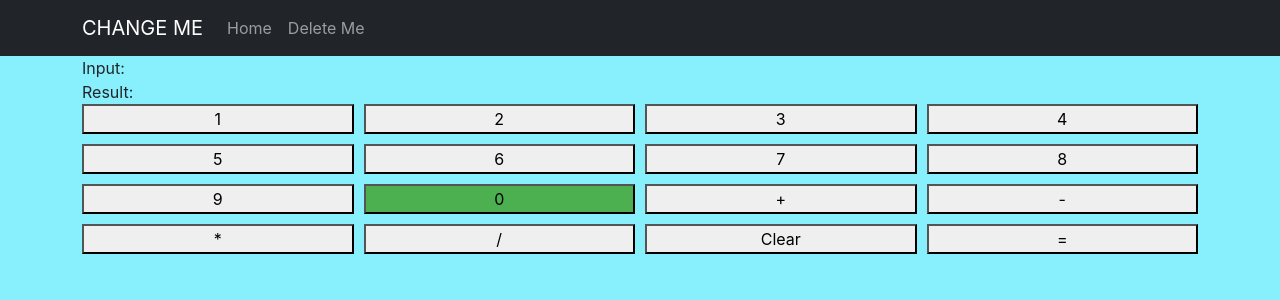
Repository: jgramirez0210/calculator-react
Page: /
These files come from the project's save history. The page is drawn as it stood at one moment and after the next save; the edit follows.
The browser window is 1280 px wide. The pictures show the whole page.
The project was rebuilt for these pictures with package versions that can differ from the ones it lists, and the page was loaded fresh each time. The framework's server and built-in components were replaced by stand-ins that run in the browser. Also part of the build but not shown: next.config.js.

Above is the page before, as saved 2024-01-09 20:01:25.

After the next save:
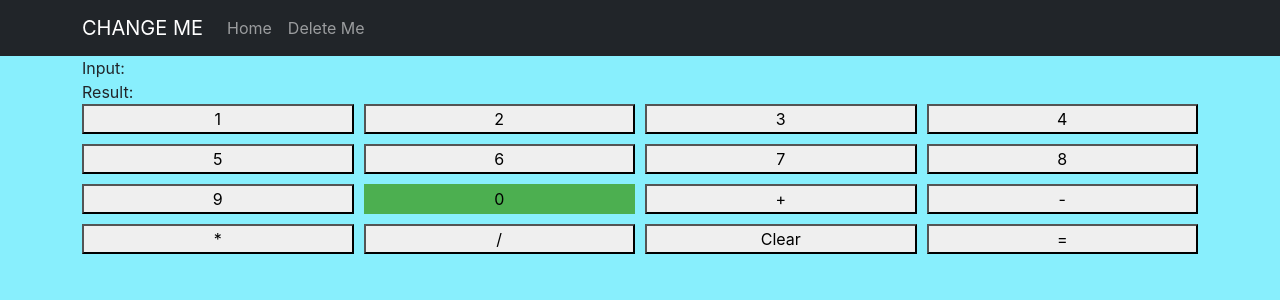
Saved 7 s later.
--- a/styles/globals.css
+++ b/styles/globals.css
@@ -29,5 +29,6 @@ body {
 
 .button-0 {
   background-color: #4caf50;
-  border
+  border: none;
+  color
 }
